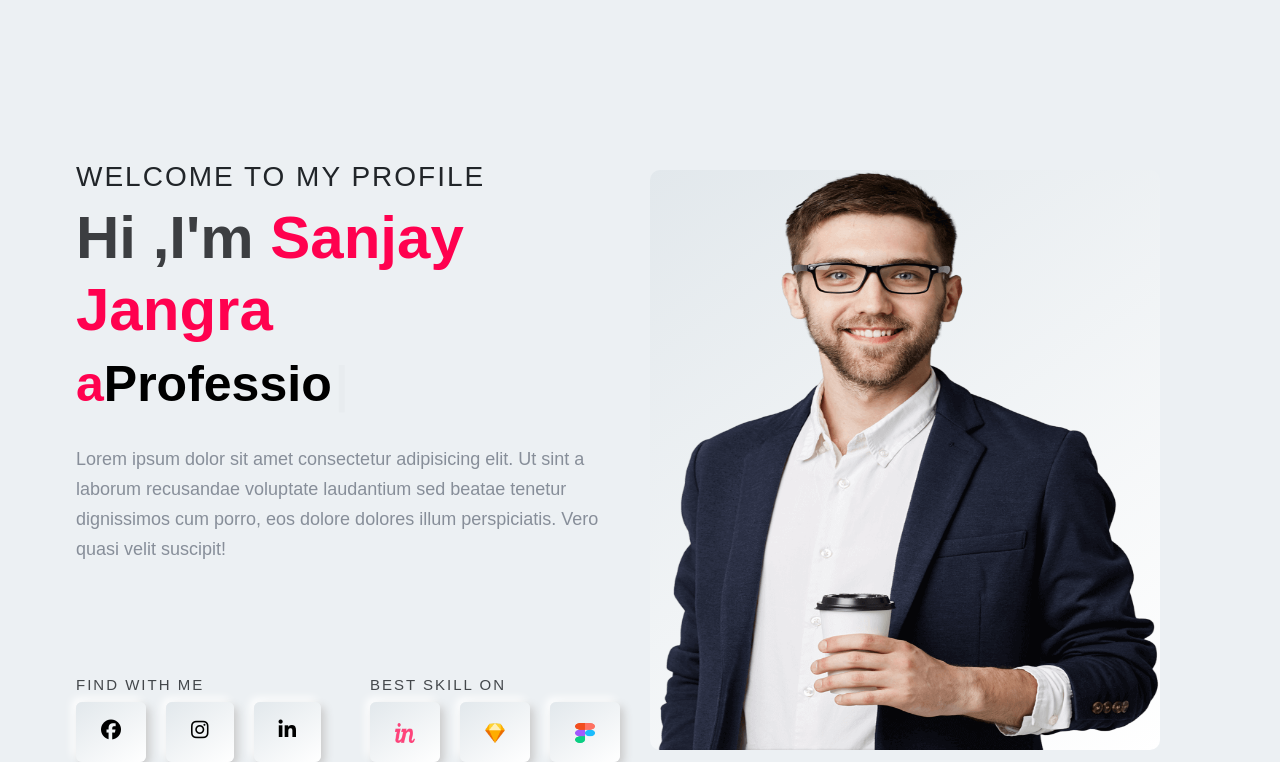
Repository: Sanjayjangra88/PortFolio
Page: /
The author's editor kept a copy of each file at every save. The page is drawn from the files as they stood at one save, then again after the next save.
The browser window is 1280 px wide. The pictures show the whole page.
Some web libraries are served in a nearby version. The project was rebuilt for these pictures with package versions that can differ from the ones it lists, and the page was loaded fresh each time. Also part of the build but not shown: src/Components/Header/Header.jsx.

Above is the page before, as saved 2022-09-10 21:34:37.

After the next save:
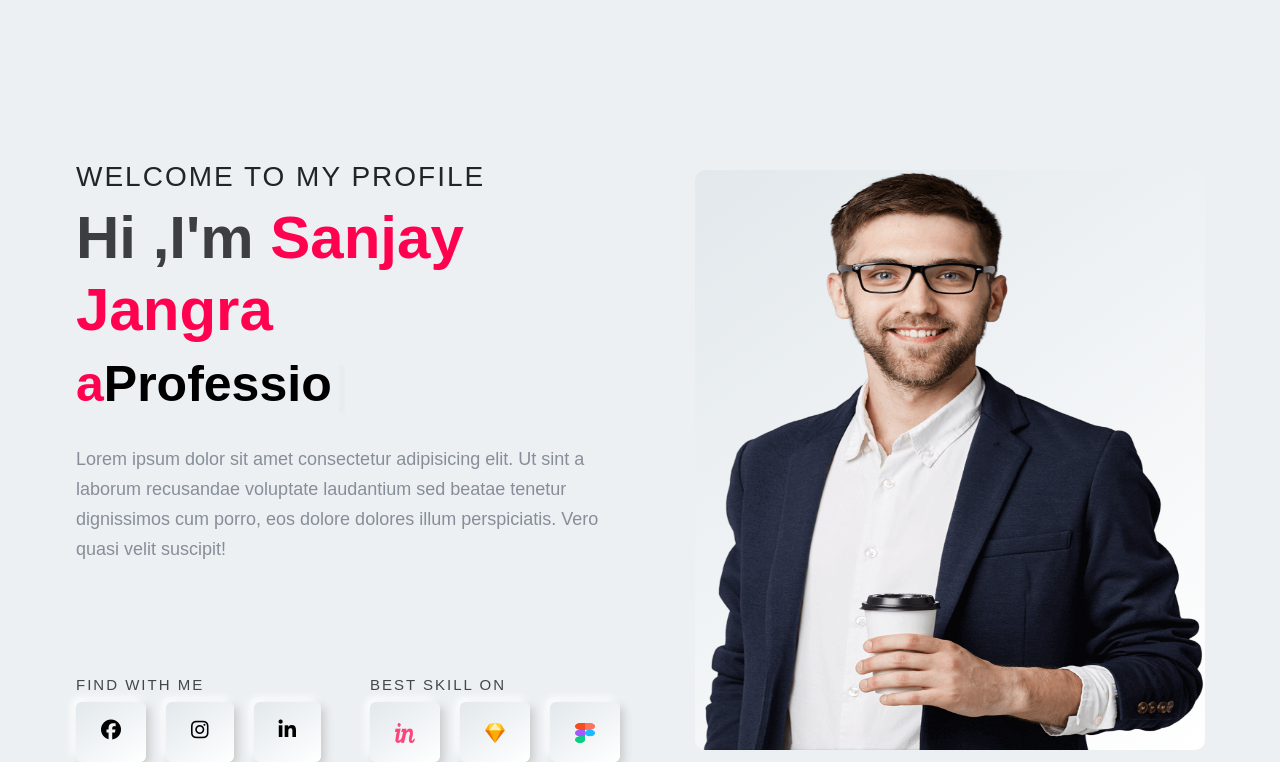
Saved 32 s later.
--- a/src/Components/Home/home.css
+++ b/src/Components/Home/home.css
@@ -67,6 +67,7 @@
     height: 580px;
     width: 510px;
     margin-top: 20%;
+    margin-left: 10%;
 
 }
 /* .hero .right_img img{
